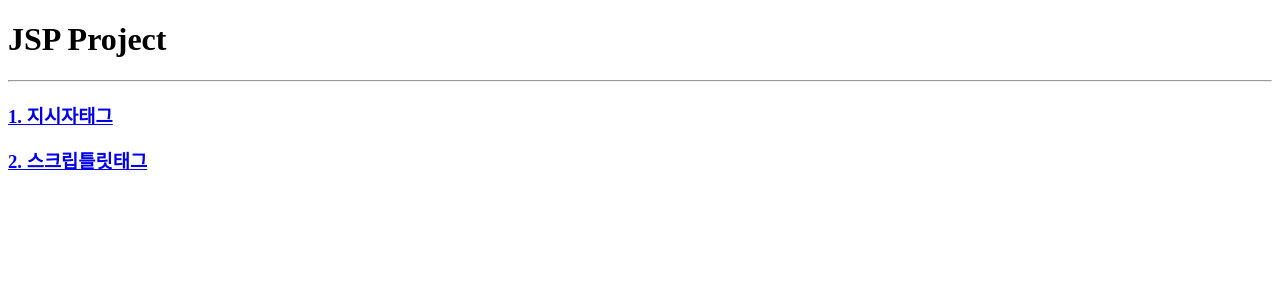
Repository: ParkHyeonju12/servlet
Page: web-workspace/04_jspProject/src/main/webapp/index.html
An editor plug-in stored every save of this project. The page is shown before and after the next save, followed by the edit.
The browser window is 1280 px wide. The pictures show the whole page.

Above is the page before, as saved 2022-08-30 06:20:07.

After the next save:
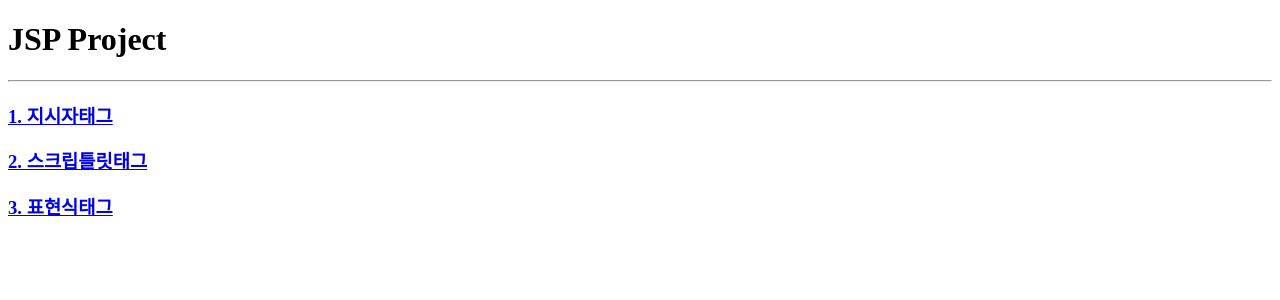
Saved 15 min 44 s later.
--- a/web-workspace/04_jspProject/src/main/webapp/index.html
+++ b/web-workspace/04_jspProject/src/main/webapp/index.html
@@ -9,5 +9,6 @@
 	<hr>
 	<h3><a href="/jsp/directiveTag.jsp">1. 지시자태그</a></h3>
 	<h3><a href="/jsp/scriptletTag.jsp">2. 스크립틀릿태그</a></h3>
+	<h3><a href="/jsp/expressionTag.jsp">3. 표현식태그</a></h3>
 </body>
 </html>
